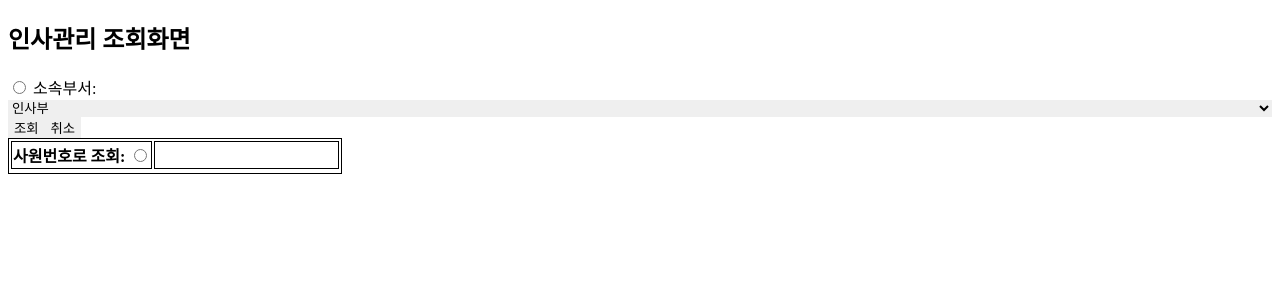
Repository: guguping/finalTestStudy
Page: http://localhost/test1/findMemberForm.jsp
These files come from the project's save history. The page is drawn as it stood at one moment and after the next save; the edit follows.
The browser window is 1280 px wide. The pictures show the whole page.
The page is served by Tomcat 9.

Above is the page before, as saved 2023-07-28 05:00:34.

After the next save:
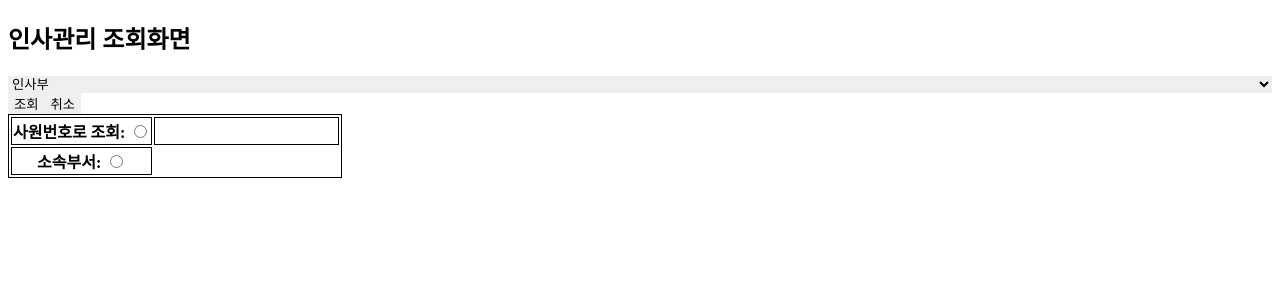
Saved 28 s later.
--- a/test1/src/main/webapp/findMemberForm.jsp
+++ b/test1/src/main/webapp/findMemberForm.jsp
@@ -33,19 +33,21 @@
 					<input type="radio" id="searchType" value="id" name="searchType">
 				</th>
 				<th>
-					<input type="text" name="idValue"><br>
+					<input type="text" name="idValue">
 				</th>
 			</tr>
 			<tr>
-			<input type="radio" value="dept" name="searchType">
-			소속부서:
+				<th>
+					소속부서:
+					<input type="radio" value="dept" name="searchType">
+				</th>
 			<select name="deptValue">
 				<option value="인사부">인사부</option>
 				<option value="기획부">기획부</option>
 				<option value="홍보부">홍보부</option>
 				<option value="영업부">영업부</option>
 				<option value="경리부">경리부</option>
-			</select><br>
+			</select>
 			</tr>
 			<input type="submit" value="조회">
 			<input type="button" onclick="index()" value="취소">
